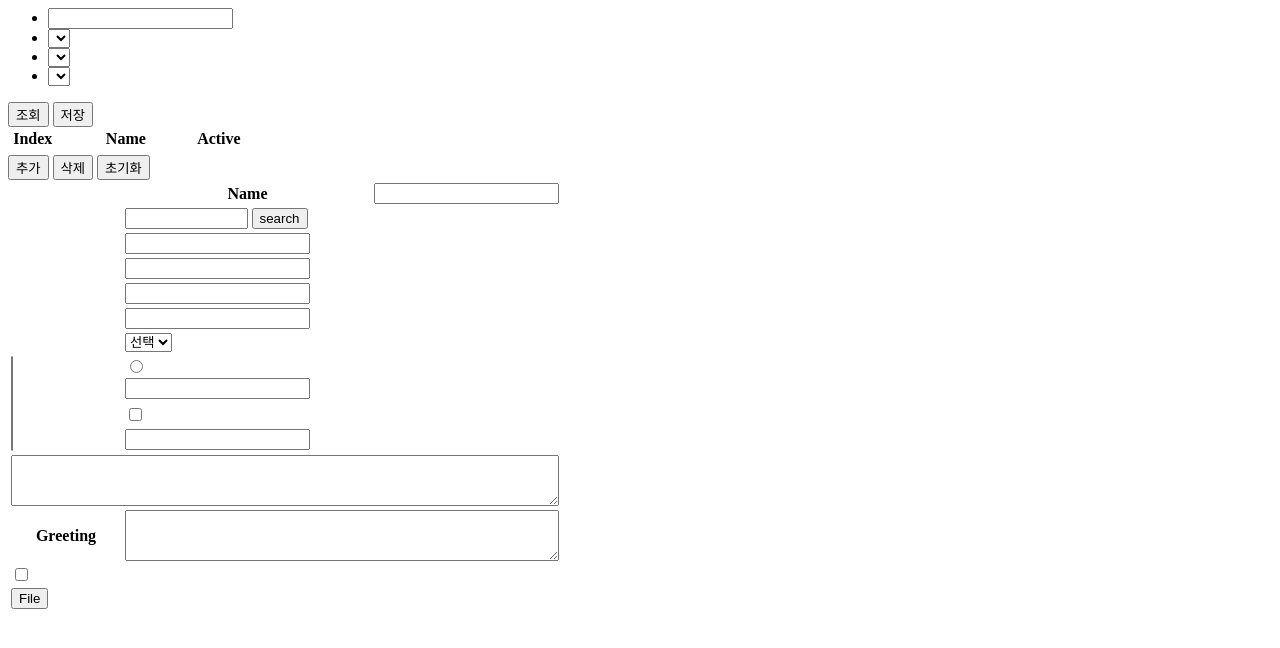
Repository: bbalganjjm/natural_js_boot
Page: src/main/resources/static/html/com/app/sample/type0401.html
The author's editor kept a copy of each file at every save. The page is drawn from the files as they stood at one save, then again after the next save.
The browser window is 1280 px wide. The pictures show the whole page.

Above is the page before, as saved 2021-03-17 18:11:04.
Console error: ReferenceError: N is not defined

### src/main/resources/static/html/com/app/sample/type0401.html
<article class="type0401">
    <div id="search" class="form__">
        <div class="criteria-panel">
            <ul>
                <li><input id="name" type="text" class="mdc-text-field" data-type="filled" data-label="Name"></li>
                <li><select id="age" class="mdc-njs-select" data-label="Age"><option value=""></option></select></li>
                <li><select id="gender" class="mdc-njs-select" data-label="Gender"><option value=""></option></select></li>
                <li><select id="eyeColor" class="mdc-njs-select" data-label="Eye Color"><option value=""></option></select></li>
            </ul>
        </div>
    </div>

    <div class="flex-horizental">
        <div style="max-width: 33%;">
            <div class="btn-panel">
                <button id="btnSearch" class="btn-search mdc-button mdc-button--raised" data-icon="youtube_searched_for">조회</button>
                <button id="btnSave" class="mdc-button" data-icon="save_alt">저장</button>
            </div>
            <table id="master" class="grid__">
                <colgroup>
                    <col style="width: 20%;">
                    <col style="width: 60%;">
                    <col style="width: 20%;">
                </colgroup>
                <thead>
                    <tr>
                        <th>Index</th>
                        <th>Name</th>
                        <th>Active</th>
                    </tr>
                </thead>
                <tbody>
                    <tr>
                        <td id="index" style="text-align: center;"></td>
                        <td id="name"></td>
                        <td id="isActive" style="text-align: center;"></td>
                    </tr>
                </tbody>
            </table>
        </div>

        <div>
            <div class="btn-panel">
                <button id="btnAdd" class="mdc-button" data-icon="playlist_add">추가</button>
                <button id="btnDelete" class="mdc-button" data-icon="delete_sweep">삭제</button>
                <button id="btnRevert" class="mdc-button" data-icon="restart_alt">초기화</button>
            </div>
            <table id="detail" class="form__">
                <tbody>
                    <tr>
                        <td rowspan="7" style="text-align: center; vertical-align: middle;"><img
                            src="data:[embedded picture, 60 characters]" height="110"></td>
                        <th>Name</th>
                        <td><input id="name" type="text" data-validate='[["required"]]'></td>
                    </tr>
                    <tr>
                        <td>
                            <input id="deptNm" type="text" data-validate='[["required"]]' style="width: 50%;" readonly="readonly">
                            <button id="btnDept" class="mdc-icon-button mdc-icon-button--mini">search</button>
                        </td>
                    </tr>
                    <tr>
                        <td><input id="email" type="text" data-validate='[["required"], ["email"]]'></td>
                    </tr>
                    <tr>
                        <td><input id="key" type="text" data-format='[["generic", "@@＊＊＊＊＊＊"]]' data-validate='[["required"]]'></td>
                    </tr>
                    <tr>
                        <td><input id="balance" type="text" data-format='[["numeric", "$#,###.##0"]]' data-validate='[["required"], ["number"]]'></td>
                    </tr>
                    <tr>
                        <td><input id="phone" type="text" data-validate='[["required"]]'></td>
                    </tr>
                    <tr>
                        <td><select id="eyeColor" data-validate='[["required"]]'><option>선택</option></select></td>
                    </tr>
                    <tr>
                        <td rowspan="4"><select id="company" multiple="multiple" data-validate='[["required"]]' style="height: 95px;"></select></td>
                        <td><input id="gender" type="radio"></td>
                    </tr>
                    <tr>
                        <td><input id="age" type="text" data-validate='[["required"], ["integer"]]'></td>
                    </tr>
                    <tr>
                        <td><input id="favoriteFruit" type="checkbox" data-validate='[["required"]]'></td>
                    </tr>
                    <tr>
                        <td><input id="registered" type="text" data-format='[["date", 8, "date"]]' data-validate='[["required"]]'></td>
                    </tr>
                    <tr>
                        <td colspan="3"><textarea id="about" style="width: 100%;" rows="3" data-validate='[["required"]]' class="mdc-text-field" title="About"></textarea></td>
                    </tr>
                    <tr>
                        <th>Greeting</th>
                        <td colspan="3"><textarea id="greeting" style="width: 100%;" rows="3" data-validate='[["required"]]' class="mdc-text-field" title="Greeting"></textarea></td>
                    </tr>
                    <tr>
                        <td colspan="3"><input id="isActive" type="checkbox"></td>
                    </tr>
                    <tr>
                        <td colspan="3"><button id="btnFile" class="mdc-button mdc-button--outlined" data-icon="file_present">File</button></td>
                    </tr>
                </tbody>
            </table>
        </div>
    </div>
</article>

<script type="text/javascript">
(function() {

    var cont = N(".type0401").cont({
        "p.select.gender" : [ "gender" ],
        "p.select.eyeColor" : [ "eyeColor" ],
        "p.select.company" : [ "company" ],
        "p.select.favoriteFruit" : [ "favoriteFruit" ],
        "p.select.age" : [ "c.getCommonCodeList", "age", "age", function(data) {
            return N(N.array.deduplicate(data, "age")).datasort("age");
        }],
        "p.form.search" : {
            "usage" : {
                "search-box" : {
                    "defaultButton" : ".btnSearch",
                    "events" : [{
                        "event" : "focusin",
                        "target" : "#name",
                        "handler" : function(e) {
                            N.log(e);
                        }
                    }]
                }
            }
        },
        "p.form.detail" : {
            revert : true,
            autoUnbind : true
        },
        "p.grid.master" : {
            height : 442,
            select : true,
            selectScroll : false,
            onSelect : function(index, rowEle, data, beforeRow, e) {
                // TODO 전처리

                APP.comm.utils.selectNBind.call(this, {
                    cont : cont,
                    form : "p.form.detail"
                });

                // 파일 요약 목록 생성
                if(data.length > 0) {
                    APP.comm.utils.getFileSummaryList(cont["p.form.detail"].val("fileId"), "fileName", 60, cont["e.btnFile.click"]);
                }

                // TODO 후처리
            },
            onBind : function(context, data, isFirstPage, isLastPage) {
                if(isFirstPage) {
                    this.select(0);
                }
            }
        },
        "p.popup.dept" : {
            url : "html/com/app/sample/type04P0.html",
            onOpen : "onOpen",
            onClose : function(onCloseData) {
                if (onCloseData) {
                    cont["p.form.detail"]
                    .val("deptNm", onCloseData.deptNm)
                    .val("deptCd", onCloseData.deptCd);
                }
            }
        },
        /**
         * 공통 파일 팝업.
         */
        "p.popup.file" : {
            onClose : function(onCloseData) {
                if(onCloseData) {
                    cont["p.form.detail"].val("fileId", onCloseData.fileId);

                	// 파일 요약 목록 생성
                    APP.comm.utils.createFileSummaryList(onCloseData.downloadList, "fileName", 60, cont["e.btnFile.click"]);
                }
            }
        },
        "c.getCommonCodeList" : function() {
            return N.comm("sample/getSampleList.json");
        },
        "c.getSampleList" : function() {
            return cont["p.form.search"].data(false).comm("sample/getSampleList.json");
        },
        "c.saveSample" : function() {
            return N(cont["p.grid.master"].data("modified")).comm({
                dataIsArray : true,dataIsArray : true, // Array 타입의 여러 행데이터가 1 개 일때는 자동으로 Object로 변환됩니다. 자동으로 변환되지 않게 하려면 dataIsArray 옵션을 true로 지정해 주세요.
                url : "sample/saveSample.json"
            });
        },
        "e.btnSearch.click" : function(e) {
            e.preventDefault();

            if (cont["p.form.search"].validate()) {
                cont["c.getSampleList"]().submit(function(data) {
                    // N.grid bind
                    cont["p.grid.master"].bind(data);
                });
            }
        },
        "e.btnDept.click" : function(e) {
            e.preventDefault();
            cont["p.popup.dept"].open(cont["p.form.detail"].data(true)[0]);
        },
        "e.btnSave.click" : function(e) {
            e.preventDefault();

            return APP.comm.utils.save.call(this, {
                cont : cont,
                comm : "c.saveSample",
                changed : "p.grid.master",
                validate : "p.form.detail",
                before : function() {
                    // TODO
                },
                after : function(data) {
                    cont["e.btnSearch.click"].click();
                }
            });
        },
        "e.btnAdd.click" : function(e) {
            e.preventDefault();

            if (cont["p.form.detail"].validate()) {
                cont["p.form.detail"].add();
            }
        },
        "e.btnDelete.click" : function(e) {
            e.preventDefault();

            cont["p.form.detail"].remove();
        },
        "e.btnRevert.click" : function(e) {
            e.preventDefault();

            if (cont["p.grid.master"].data("modified").length === 0) {
                N(window).alert(N.message.get(APP.comm.messages, "COMM-0001")).show();
                return false;
            }

            cont["p.form.detail"].revert();
        },
        "e.btnFile.click" : function(e) {
            e.preventDefault();

            cont["p.popup.file"].open(cont["p.form.detail"].val("fileId"));
        },
        init : function(view, request) {
			// cont.opener는 탭이 포함된 부모페이지의 Controller Object.
            if(cont.opener) {
                cont["p.form.search"].context().hide().prev("h3").hide().prev(".view-intro").hide();
				// 부모 페이지 컨트롤러의 검색 버튼 클릭
                cont.opener["e.btnSearch.click"].click();
            } else {
                cont["e.btnSearch.click"].click();
            }
        }
    });

})();
</script>

After the next save:
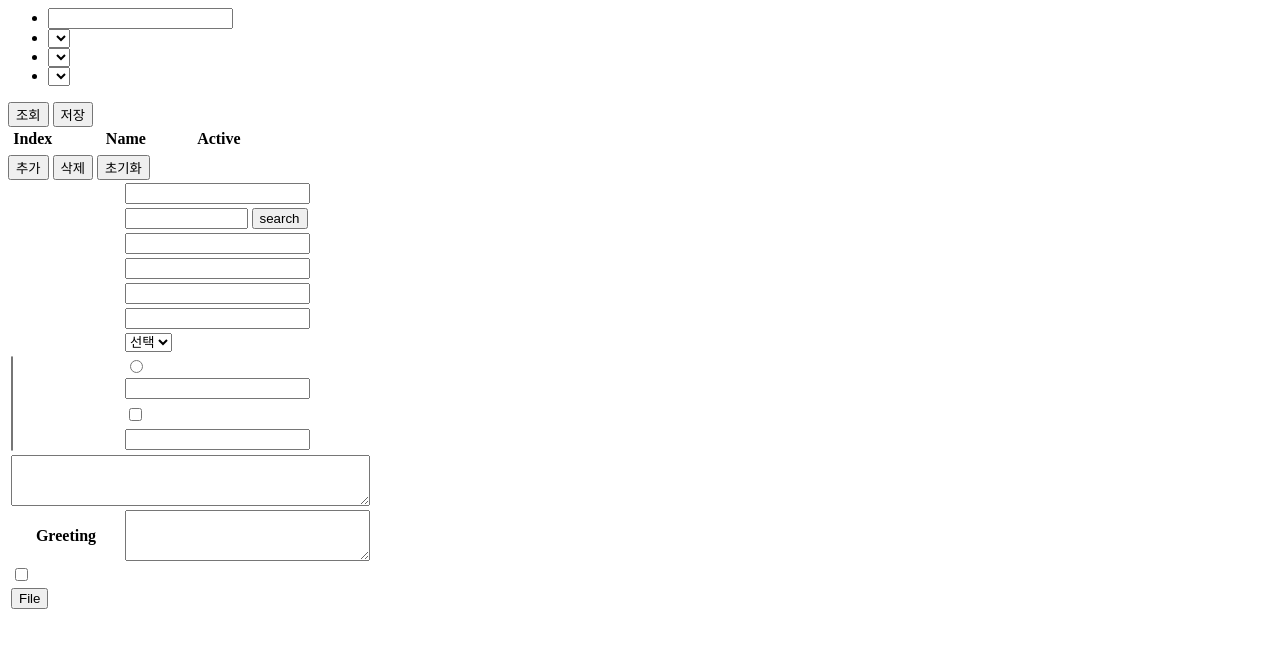
Saved 15 s later.
--- a/src/main/resources/static/html/com/app/sample/type0401.html
+++ b/src/main/resources/static/html/com/app/sample/type0401.html
@@ -50,7 +50,6 @@
                     <tr>
                         <td rowspan="7" style="text-align: center; vertical-align: middle;"><img
                             src="data:[embedded picture, 60 characters]" height="110"></td>
-                        <th>Name</th>
                         <td><input id="name" type="text" data-validate='[["required"]]'></td>
                     </tr>
                     <tr>
